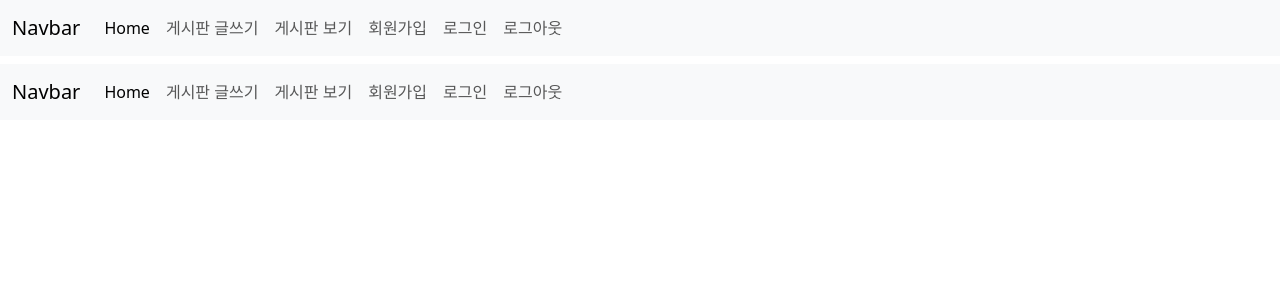
Repository: leegangjin/springTest240430
Page: http://localhost/spring_study/WEB-INF/views/index.jsp
An editor plug-in stored every save of this project. The page is shown before and after the next save, followed by the edit.
The browser window is 1280 px wide. The pictures show the whole page.
The page is served by Tomcat 9. Nobody is signed in. The template is opened directly, without the code that normally fills it, so the values that code supplies are empty.

Above is the page before, as saved 2024-04-23 08:53:55.

After the next save:
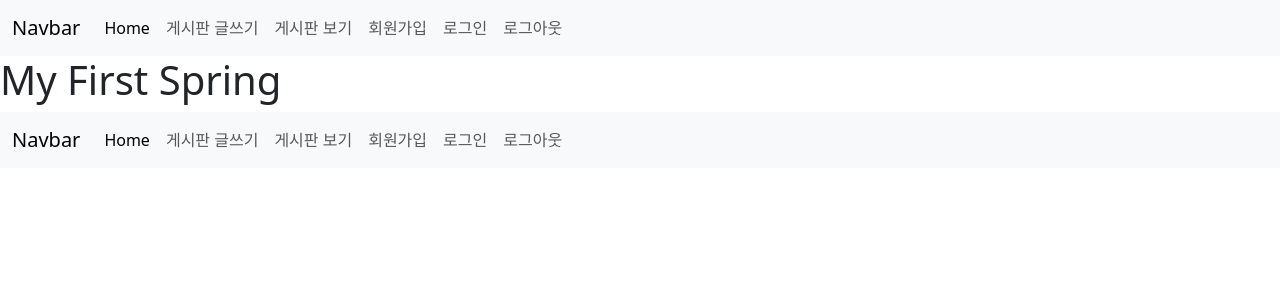
Saved 42 s later.
--- a/spring_study/src/main/webapp/WEB-INF/views/index.jsp
+++ b/spring_study/src/main/webapp/WEB-INF/views/index.jsp
@@ -6,7 +6,7 @@ pageEncoding="UTF-8" %>
 <jsp:include page="layout/header.jsp"></jsp:include>
 
 <h1>
-
+My First Spring
 </h1>
 
 <jsp:include page="layout/header.jsp"></jsp:include>
